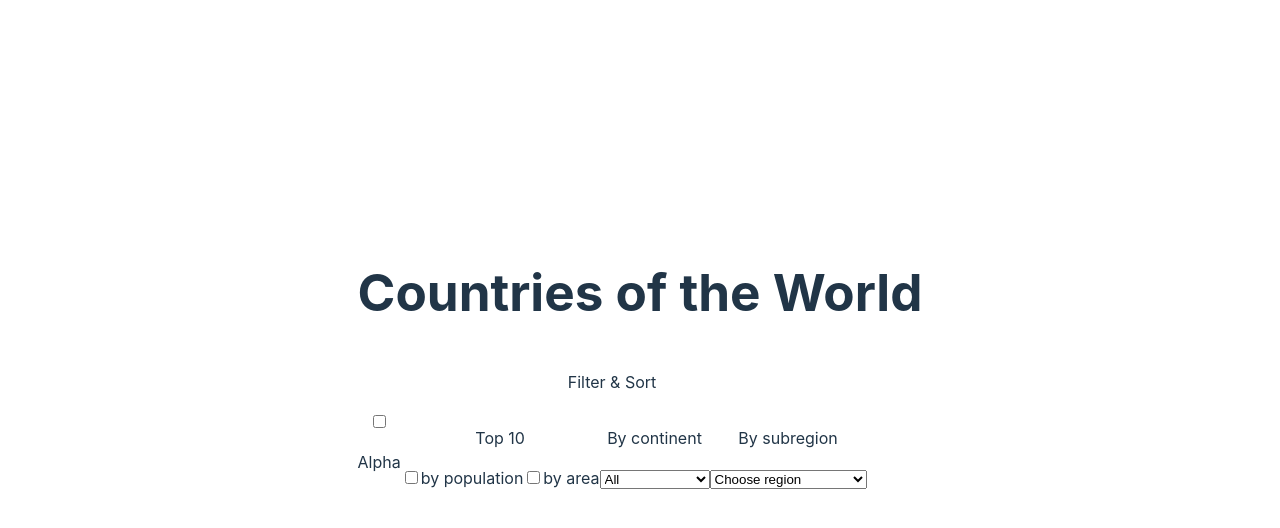
Repository: SamanthaYan298/my_countries
Page: /
An editor plug-in stored every save of this project. The page is shown before and after the next save, followed by the edit.
The browser window is 1280 px wide. The pictures show the whole page.
The project was rebuilt for these pictures with package versions that can differ from the ones it lists, and the page was loaded fresh each time. Also part of the build but not shown: vite.config.js.

Above is the page before, as saved 2024-11-04 16:59:45.

### src/App.jsx
import { useState } from 'react'
import './App.css'

function App() {

  return (
    <>
      <h1>Countries of the World</h1>
      <div className="container">
        <div>
          <p>Filter & Sort</p>
          <div className='filters'>
            <div className='alpha'>
              <input type="checkbox"/>
              <p>Alpha</p>
            </div>
            <div>
              <p>Top 10</p>
              <input type="checkbox"/>
              <label htmlFor="by-population">by population</label>
              <input type="checkbox" />
              <label htmlFor="by-area">by area</label>
            </div>
            <div>
              <p>By continent</p>
              <select>
                <option value="All">All</option>
                <option value="Antarctica">Antarctica</option>
                <option value="North America">North America</option>
                <option value="Europe">Europe</option>
                <option value="Africa">Africa</option>
                <option value="Asia">Asia</option>
                <option value="Oceania">Oceania</option>
                <option value="South America">South America</option>
              </select>
            </div>
            <div>
            <p>By subregion</p>
              <select>
                <option value="Choose region">Choose region</option>
                <option value="Caribbean">Caribbean</option>
                <option value="Western Europe">Western Europe</option>
                <option value="Western Africa">Western Africa</option>
                <option value="Central Europ">Central Europ</option>
                <option value="Estern Asia">Estern Asia</option>
                <option value="Polynesia">Polynesia</option>
                <option value="North Africa">North Africa</option>
                <option value="Southern Europe">Southern Europe</option>
                <option value="Southern-Eastern Asia">Southern-Eastern Asia</option>
              </select>
            </div>
          </div>
        </div>
      </div>
    </>
  )
}

export default App

### src/App.css
#root {
  max-width: 1280px;
  margin: 0 auto;
  padding: 2rem;
  text-align: center;
}

.container {
  display: flex;
  flex-direction: row;
}

.filters {
  display: flex;
  flex-direction: row;
}

,alpha {
  display: flex;
  flex-direction: row;
}

Loaded but not shown: index.html (common file); src/main.jsx (common file); src/index.css (common file)

After the next save:
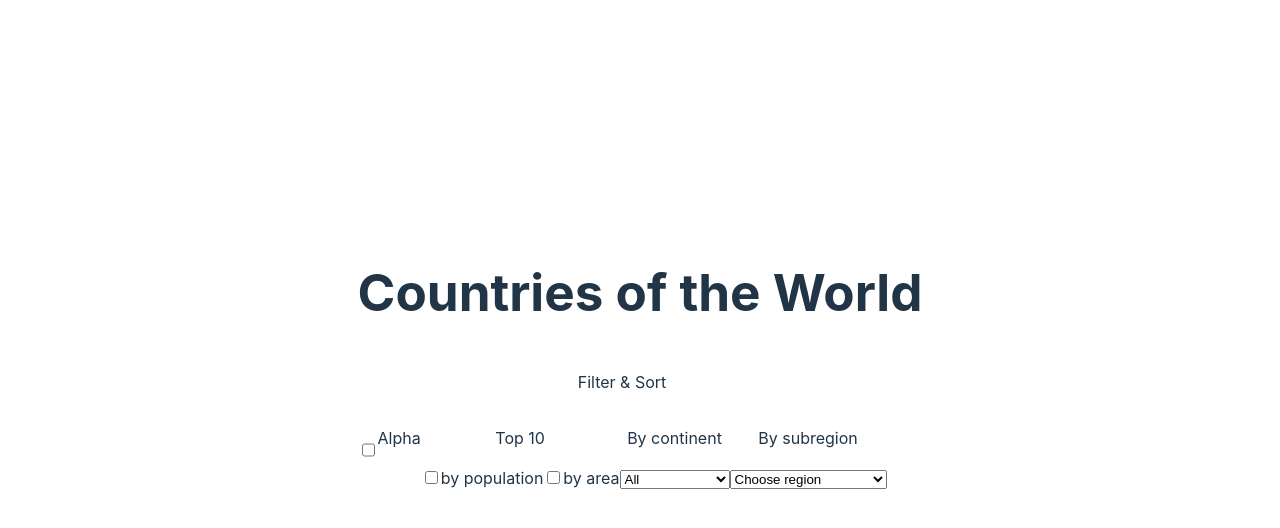
Saved 6 s later.
--- a/src/App.css
+++ b/src/App.css
@@ -15,7 +15,7 @@
   flex-direction: row;
 }
 
-,alpha {
+.alpha {
   display: flex;
   flex-direction: row;
 }
